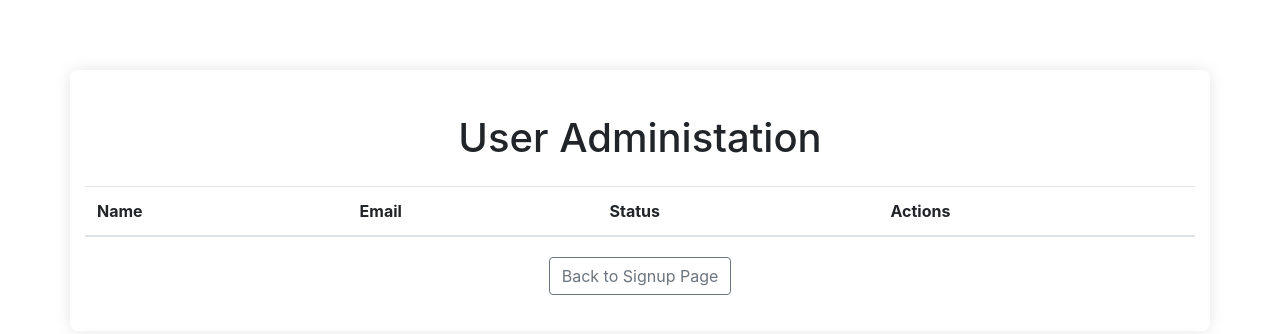
Repository: rmdayberry/yodlr-take-home
Page: public/admin.html
These files come from the project's save history. The page is drawn as it stood at one moment and after the next save; the edit follows.
The browser window is 1280 px wide. The pictures show the whole page.
The page's requests for data from a server got no answer.

Above is the page before, as saved 2024-10-09 10:26:02.

After the next save:
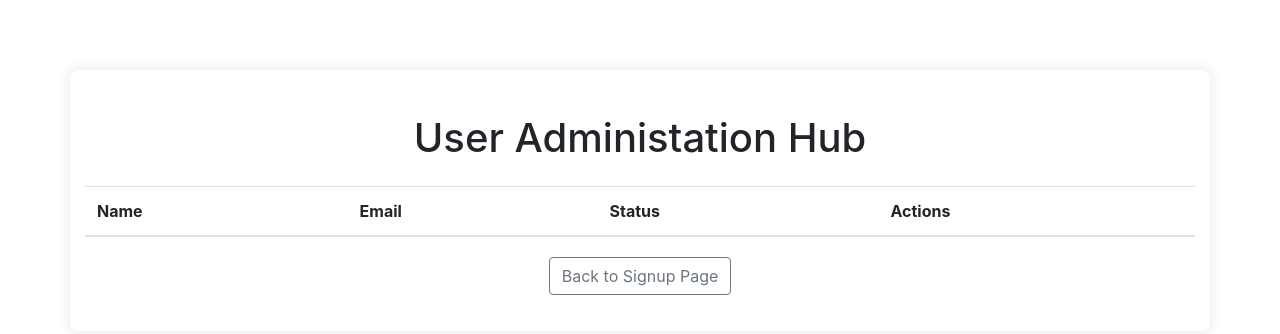
Saved 19 s later.
--- a/public/admin.html
+++ b/public/admin.html
@@ -14,7 +14,7 @@
   </head>
   <body>
     <div class="container">
-      <h1 class="mt-4">User Administation</h1>
+      <h1 class="mt-4">User Administation Hub</h1>
       <table class="table mt-4" id="userTable">
         <thead>
           <tr>
